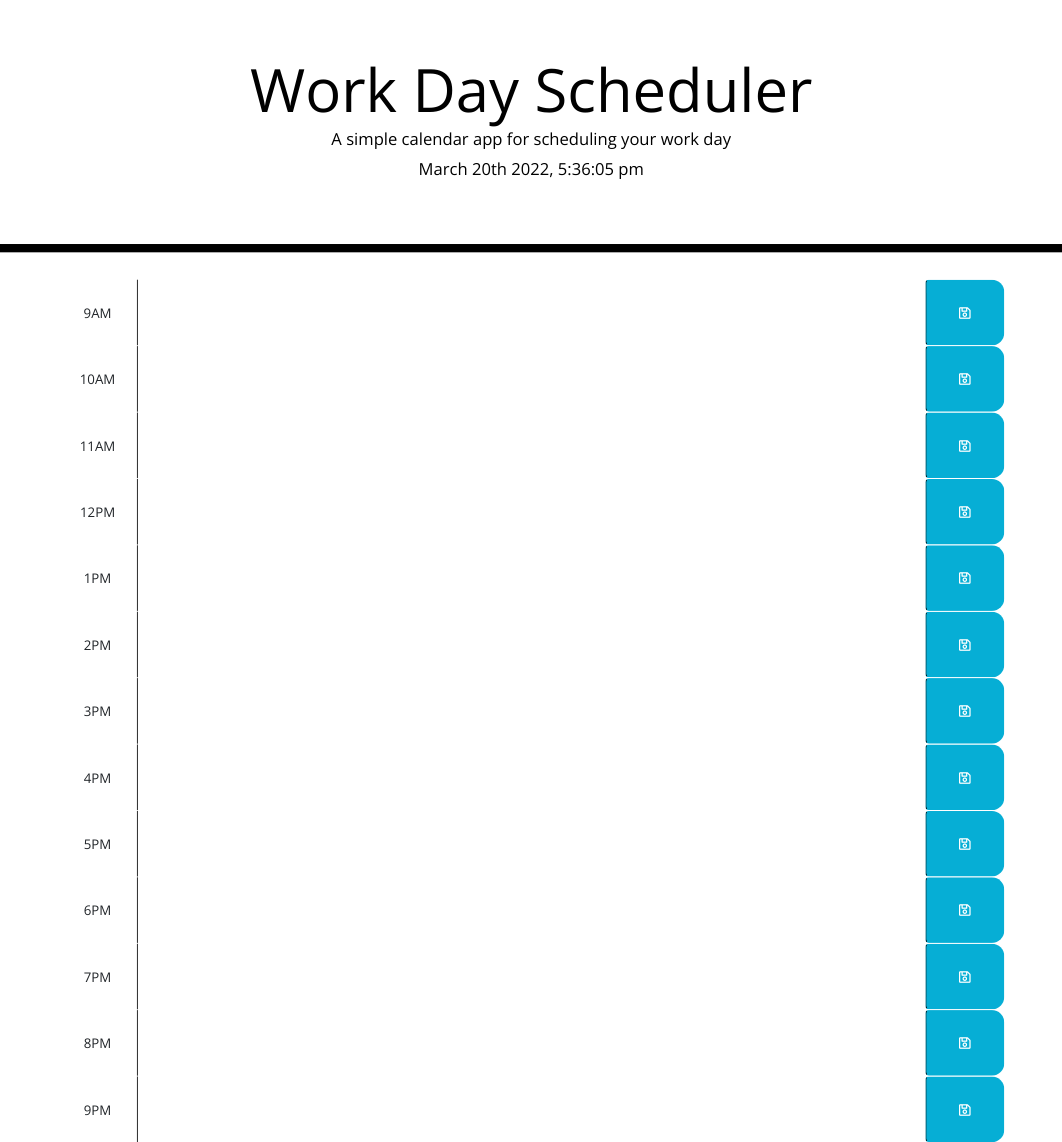
Repository: cobalt88/work-day-scheduler
Page: index.html
An editor plug-in stored every save of this project. The page is shown before and after the next save, followed by the edit.
The browser window is 1280 px wide. The pictures show the whole page, at 83% of full size.
Some web libraries are served in a nearby version.

Above is the page before, as saved 2022-03-25 18:25:30.

After the next save:
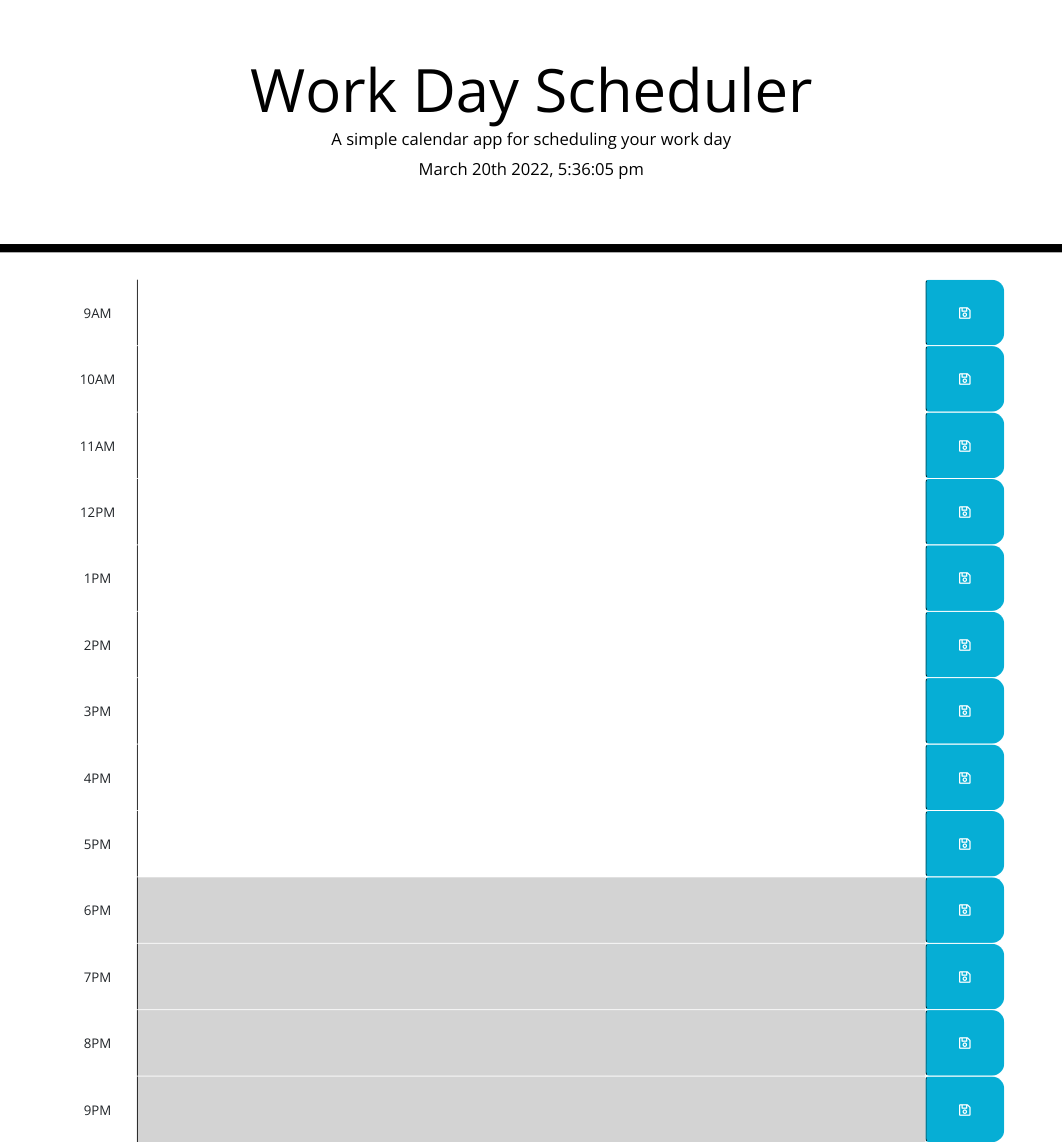
Saved 116 s later.
--- a/assets/logic.js
+++ b/assets/logic.js
@@ -31,9 +31,9 @@ console.log(timeBlocks[0].children[1])
 for (let i = 0; i < timeBlocks.length; i++) {
   var timeBlockId = parseInt(timeBlocks[i].id);
   console.log(timeBlockId);
-  // if (timeBlocks[i].id > currentTime) {
-  //   timeBlocks[i].children[1].className += 'past';
-  // }
+  if (timeBlockId > parseInt(currentTime)) {
+    timeBlocks[i].children[1].className += 'past';
+  }
 }
 
 updateTime();
